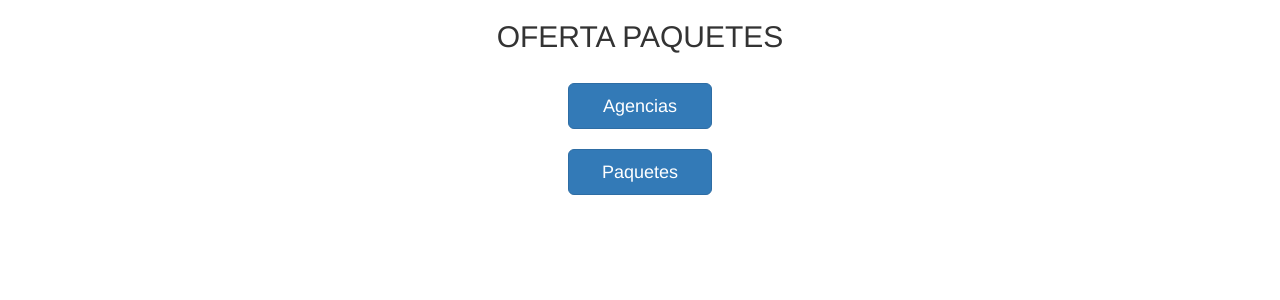
Repository: JonyMedina/TP_Final
Page: http://localhost/OP_Web_Cliente/
An editor plug-in stored every save of this project. The page is shown before and after the next save, followed by the edit.
The browser window is 1280 px wide. The pictures show the whole page.
The page is served by Tomcat 9. Other server files are loaded and not shown.

Above is the page before, as saved 2018-06-22 16:34:29.

### OP_Web_Cliente/WebContent/index.jsp
<!DOCTYPE html>
<html lang="en">
<head>
<meta charset="utf-8">
<meta http-equiv="X-UA-Compatible" content="IE=edge">
<meta name="viewport" content="width=device-width, initial-scale=1">

<title>Oferta Paquetes - Grupo 11</title>

<!-- Bootstrap core CSS -->
<link href="assets/css/bootstrap.min.css" rel="stylesheet">


</head>

<body>
	<div class="container">
			<h2 class="form-signin-heading">
			<center>OFERTA PAQUETES</center>
			</h2>

		<br>


		<form action="/OP_Web_Cliente/Menu" method="POST" >

				<center>
			<button name="accion" value="Agencia" class="btn btn-lg btn-primary" type="submit" style="width: 144px; "> Agencias </button>
			<br>
			<br>
			<button name="accion" value="Paquete" class="btn btn-lg btn-primary" type="submit" style="width: 144px; "> Paquetes </button>
				</center>
		</form>

	</div>
	<!-- /container -->
</body>
</html>

Loaded but not shown: OP_Web_Cliente/WebContent/assets/css/bootstrap.min.css (library)

After the next save:
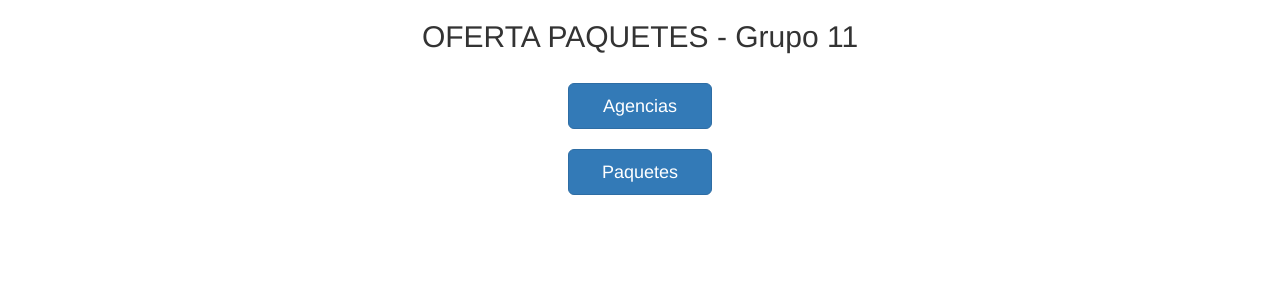
Saved 6 min 47 s later.
--- a/OP_Web_Cliente/WebContent/index.jsp
+++ b/OP_Web_Cliente/WebContent/index.jsp
@@ -16,7 +16,7 @@
 <body>
 	<div class="container">
 			<h2 class="form-signin-heading">
-			<center>OFERTA PAQUETES</center>
+			<center>OFERTA PAQUETES - Grupo 11</center>
 			</h2>
 
 		<br>
